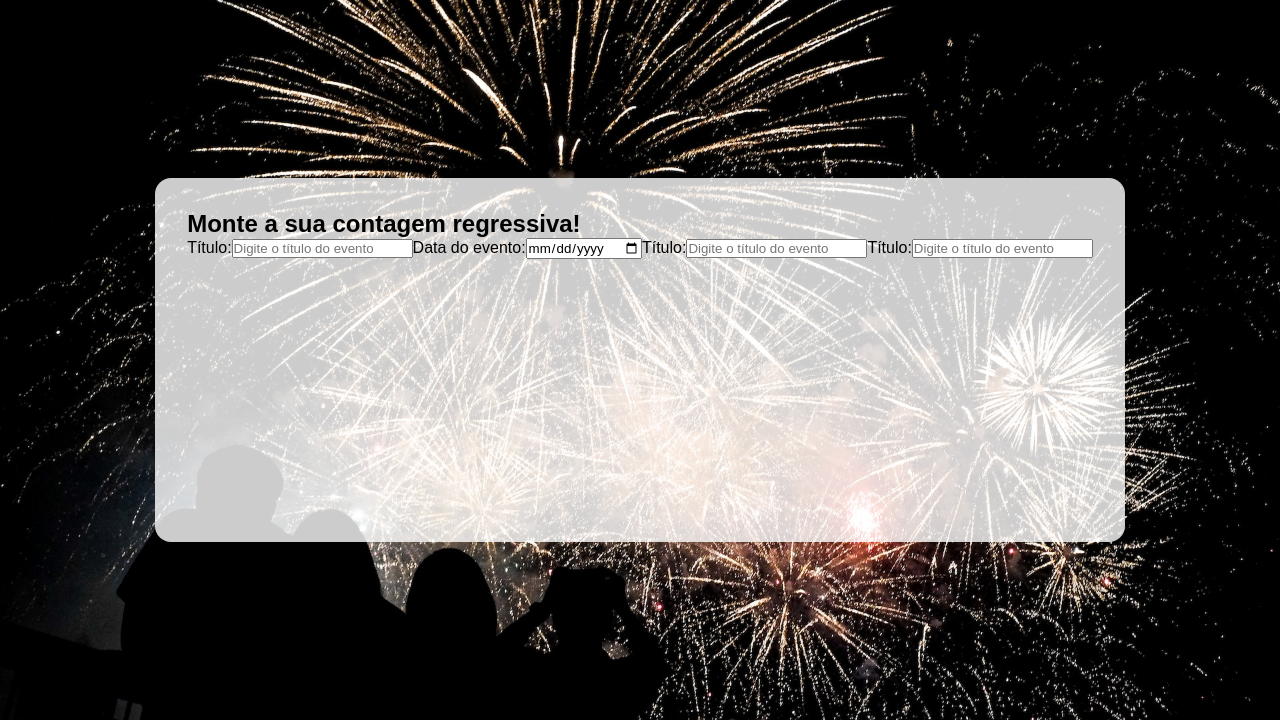
Repository: Bitroia/countdown_timer
Page: / (app in countdown/)
These files come from the project's save history. The page is drawn as it stood at one moment and after the next save; the edit follows.
The browser window is 1280 px wide. The pictures show the whole page.
The project was rebuilt for these pictures with package versions that can differ from the ones it lists, and the page was loaded fresh each time. Also part of the build but not shown: countdown/vite.config.js, countdown/src/components/Title.css, countdown/src/components/Title.jsx, countdown/src/components/Counter.css, countdown/src/components/Counter.jsx, countdown/src/routes/Countdown.jsx.

Above is the page before, as saved 2026-07-07 20:06:44.

### countdown/index.html
<!doctype html>
<html lang="en">
  <head>
    <meta charset="UTF-8" />
    <link rel="icon" type="image/svg+xml" href="/favicon.svg" />
    <meta name="viewport" content="width=device-width, initial-scale=1.0" />
    <title>countdown</title>
  </head>
  <body>
    <div id="root"></div>
    <script type="module" src="/src/main.jsx"></script>
  </body>
</html>

### countdown/src/main.jsx
import { StrictMode } from "react";
import { createRoot } from "react-dom/client";
import "./index.css";
import App from "./App.jsx";

import { createBrowserRouter, RouterProvider } from "react-router-dom";

//!Pages

import Home from "./routes/Home.jsx";
import Countdown from "./routes/Countdown.jsx";

const router = createBrowserRouter([
  {
    path: "/",
    element: <App />,
    children: [
      {
        path: "/",
        element: <Home />,
      },
      {
        path: "/countdown",
        element: <Countdown />,
      },
    ],
  },
]);

createRoot(document.getElementById("root")).render(
  <StrictMode>
    <RouterProvider router={router} />
  </StrictMode>,
);

### countdown/src/index.css
* {
  margin: 0;
  padding: 0;
  font-family: Arial, Helvetica, sans-serif;

}

body {
  min-height: 100vh;
}

### countdown/src/App.jsx
import "./App.css";
import NewYear from "./assets/newyear.jpg";
import useCountdown from "./hooks/useCountdown";
import { Outlet } from "react-router-dom";

function App() {

  return (
    <div className="app" style={{ backgroundImage: `url(${NewYear})` }}>
      <div className="container">
        <Outlet/>
        </div>

      </div>
  );
}

export default App;

### countdown/src/routes/Home.jsx
import React from "react";

const Home = () => {
  return (
    <div className="Home">
      <h2>Monte a sua contagem regressiva!</h2>
      <form className="countdown-form">
        <label>
          <span>Título:</span>
          <input
            type="text"
            name="title"
            placeholder="Digite o título do evento"
          />
        </label>

        <label>
          <span>Data do evento:</span>
          <input
            type="date"
            name="date"
          />
        </label>
        <label>
          <span>Título:</span>
          <input
            type="text"
            name="title"
            placeholder="Digite o título do evento"
          />
        </label>

        <label>
          <span>Título:</span>
          <input
            type="text"
            name="title"
            placeholder="Digite o título do evento"
          />
        </label>
      </form>
    </div>
  );
};

export default Home;

### countdown/src/App.css
.app {
  min-height: 100vh;
  background-size: cover;
  background-position: center;
  display: flex;
  justify-content: center;
  align-items: center;
}

.container {
  min-width: 50%;
  min-height: 300px;
  background-color: rgba(255, 255, 255, 0.8);
  padding: 2rem;
  border-radius: 1rem;
}

.countdown-container {
  display: flex;
  justify-content: center;
  align-items: center;
  height: 200px;
  gap: 2rem;
}

### countdown/src/hooks/useCountdown.jsx
import { useState } from "react";

const useCountdown = (date) => {
  const [day, setDay] = useState();
  const [hour, setHour] = useState();
  const [minute, setMinute] = useState();
  const [second, setSecond] = useState();

  const countdown = () => {

    const countDate = new Date(date).getTime();
    const now = new Date().getTime();
    const interval = countDate - now;

    const second = 1000;
    const minute = second * 60;
    const hour = minute * 60;
    const day = hour * 24;

    const dayNumber = Math.floor(interval / day);
    const hourNumber = Math.floor((interval % day) / hour);
    const minuteNumber = Math.floor((interval % hour) / minute);
    const secondNumber = Math.floor((interval % minute) / second);

    setDay(dayNumber);
    setHour(hourNumber);
    setMinute(minuteNumber);
    setSecond(secondNumber);
  };

  setInterval(countdown, 1000);
  return [day,hour,minute,second];
};

export default useCountdown;

After the next save:
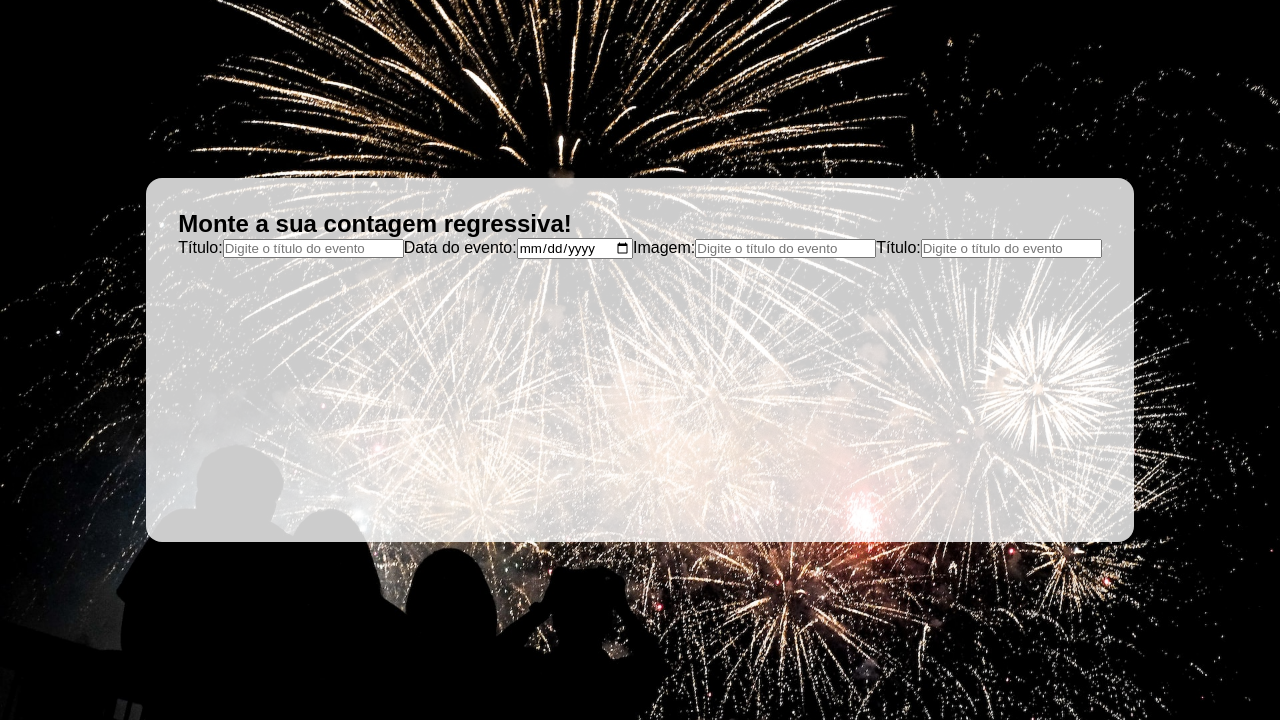
Saved 4 s later.
--- a/countdown/src/routes/Home.jsx
+++ b/countdown/src/routes/Home.jsx
@@ -22,7 +22,7 @@ const Home = () => {
           />
         </label>
         <label>
-          <span>Título:</span>
+          <span>Imagem:</span>
           <input
             type="text"
             name="title"
